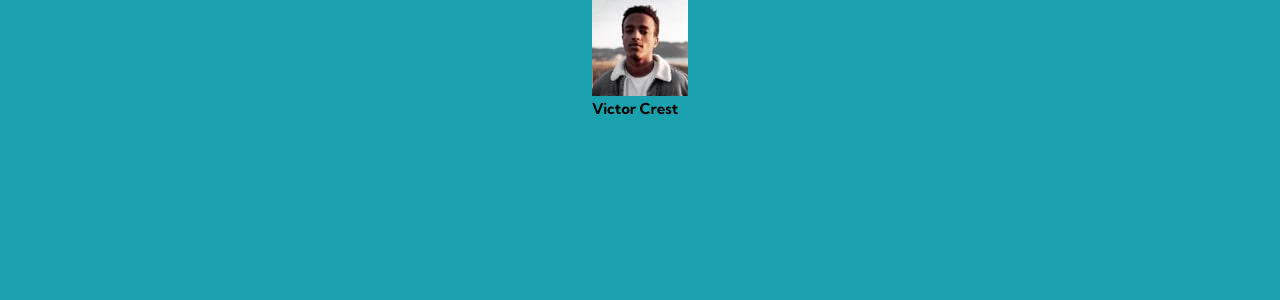
Repository: thaibaocoder1/profile-card-component-main
Page: index.html
An editor plug-in stored every save of this project. The page is shown before and after the next save, followed by the edit.
The browser window is 1280 px wide. The pictures show the whole page.

Above is the page before, as saved 2023-01-11 13:24:13.

After the next save:
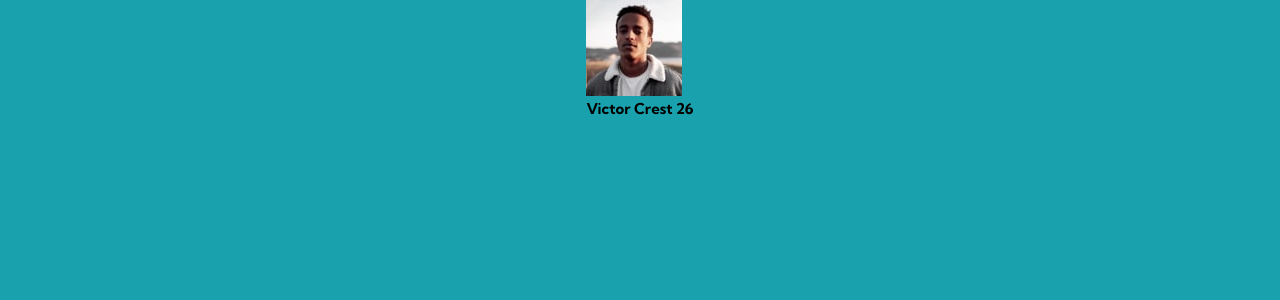
Saved 9 s later.
--- a/index.html
+++ b/index.html
@@ -18,7 +18,7 @@
       <img src="./images/image-victor.jpg" alt="">
     </section>
     <section class="card__bottom">
-      <h1 class="card__bottom--heading">Victor Crest</h1>
+      <h1 class="card__bottom--heading">Victor Crest <span>26</span></h1>
     </section>
   </main>
   <!-- <div class="attribution">
